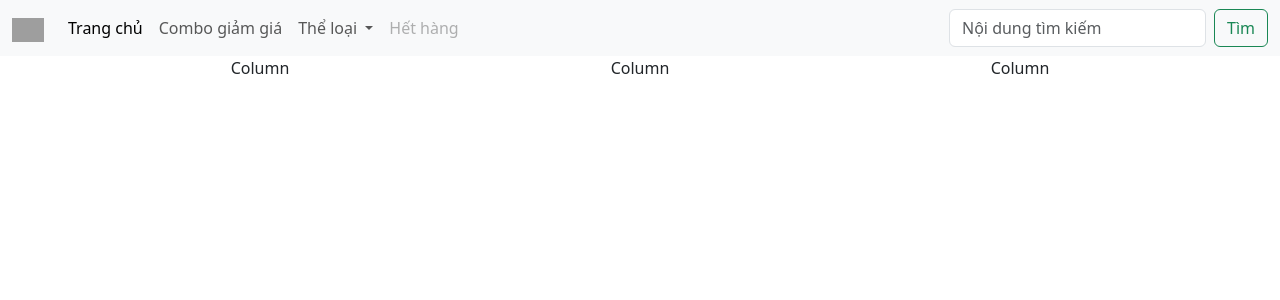
Repository: vnmk1/jsp_servlet-tutorials
Page: Bai4_Bootstrap/src/main/webapp/index.html
The author's editor kept a copy of each file at every save. The page is drawn from the files as they stood at one save, then again after the next save.
The browser window is 1280 px wide. The pictures show the whole page.
Pictures or frames that could not be fetched are drawn as grey boxes.

Above is the page before, as saved 2023-07-17 08:46:32.

After the next save:
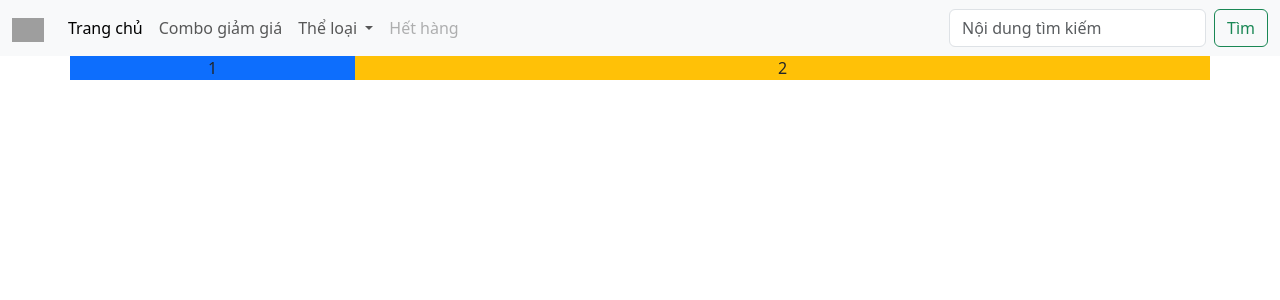
Saved 110 s later.
--- a/Bai4_Bootstrap/src/main/webapp/index.html
+++ b/Bai4_Bootstrap/src/main/webapp/index.html
@@ -52,15 +52,11 @@
 <!-- Page content -->
 <div class="container text-center">
 	<div class="row">
-		<div class="col">
-	      Column
+		<div class="col-lg-3 bg-primary">
+	      1
 	    </div>
-	    <div class="col">
-	      Column
-	    </div>
-	    <div class="col">
-	      Column
-	    </div>
+	    <div class="col-lg-9 bg-warning">
+	      2
 	</div>
 </div>
 
